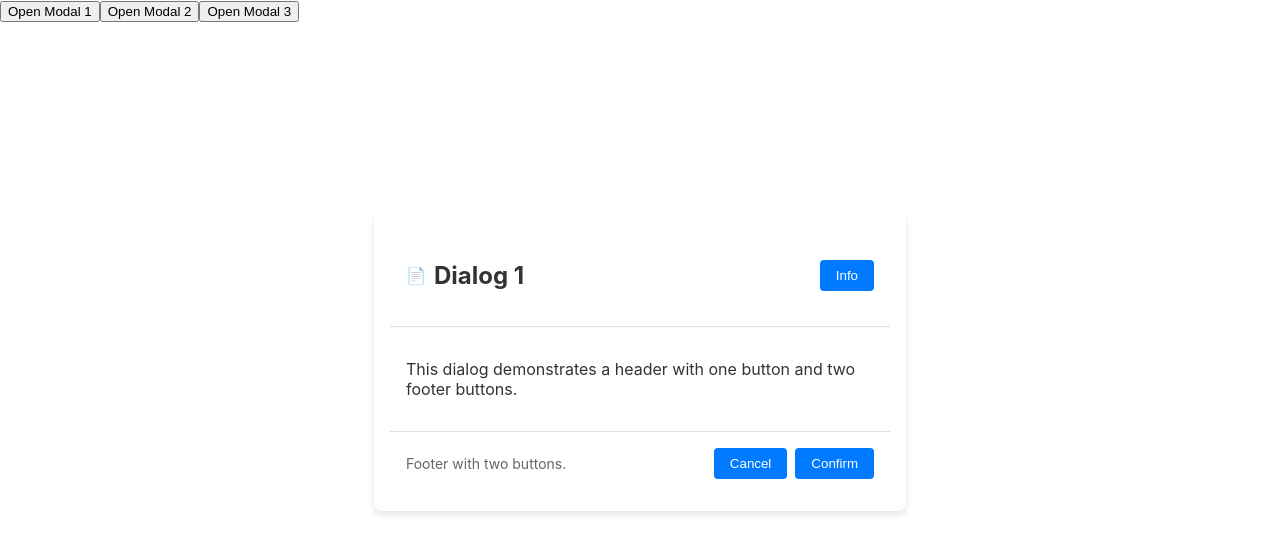
Repository: OliverKostic/dialog-app
Page: /, after clicking the first element matching `button`
The author's editor kept a copy of each file at every save. The page is drawn from the files as they stood at one save, then again after a run of saves.
The browser window is 1280 px wide. The pictures show the whole page.
The project was rebuilt for these pictures with package versions that can differ from the ones it lists, and the page was loaded fresh each time.

Above is the page before, as saved 2024-11-28 12:45:17.

### src/App.tsx
import React, { useState } from "react";
import Modal from "./components/Modal/Modal";
import Button from "./components/Modal/Button";

const App: React.FC = () => {
  const [currentModal, setCurrentModal] = useState<string | null>(null);

  const closeModal = () => setCurrentModal(null);

  return (
    <div>
      <button onClick={() => setCurrentModal("modal1")}>Open Modal 1</button>
      <button onClick={() => setCurrentModal("modal2")}>Open Modal 2</button>
      <button onClick={() => setCurrentModal("modal3")}>Open Modal 3</button>

      {currentModal === "modal1" && (
        <Modal
          title="Dialog 1"
          icon={<span>📄</span>}
          headerButtons={[
            <Button label="Info" onClick={() => alert("Info button.")} />,
          ]}
          footerButtons={[
            <Button label="Cancel" onClick={closeModal} />,
            <Button label="Confirm" onClick={() => alert("Confirmed!")} />,
          ]}
          additionalText="Footer with two buttons."
        >
          <p>
            This dialog demonstrates a header with one button and two footer buttons.
          </p>
        </Modal>
      )}

      {currentModal === "modal2" && (
        <Modal
          title="Dialog 2"
          icon={<span>⚙️</span>}
          headerButtons={[
            <Button label="Settings" onClick={() => alert("Settings.")} />,
            <Button label="Help" onClick={() => alert("Help.")} />,
          ]}
        >
          <p>
            This dialog demonstrates two header buttons and no footer buttons.
          </p>
        </Modal>
      )}

      {currentModal === "modal3" && (
        <Modal
          title="Dialog 3"
          additionalText="This is a footer with one button."
          footerButtons={[<Button label="Close" onClick={closeModal} />]}
        >
          <p>
            This dialog demonstrates no header buttons and a footer with one
            button.
          </p>
        </Modal>
      )}
    </div>
  );
};

export default App;

### src/components/Modal/Modal.tsx
import React from 'react';
import Header from './Header';
import Footer from './Footer';
import Content from './Content';
import styles from './Modal.module.scss';

interface ModalProps {
  title: string;
  icon?: React.ReactNode;
  footerButtons?: React.ReactNode[];
  headerButtons?: React.ReactNode[];
  additionalText?: string;
  children: React.ReactNode;
}

const Modal: React.FC<ModalProps> = ({
  title,
  icon,
  footerButtons,
  headerButtons,
  additionalText,
  children,
}) => {


  return (
    <div className={styles.modal}>
      <Header title={title} icon={icon} buttons={headerButtons} />
      <Content>{children}</Content>
      <Footer buttons={footerButtons} additionalText={additionalText} />
    </div>
  );
};

export default Modal;

### src/components/Modal/Button.tsx
import React from 'react';
import styles from './Modal.module.scss';

interface ButtonProps {
  label: string;
  onClick: () => void;
}

const Button: React.FC<ButtonProps> = ({ label, onClick }) => {
  return (
    <button className={styles.button} onClick={onClick}>
      {label}
    </button>
  );
};

export default Button;

### src/components/Modal/Header.tsx
import React from 'react';
import Text from './Text';
import ButtonGroup from './ButtonGroup';
import styles from './Modal.module.scss';

interface HeaderProps {
  title: string;
  icon?: React.ReactNode;
  buttons?: React.ReactNode[];
}

const Header: React.FC<HeaderProps> = ({ title, icon, buttons }) => {
  return (
    <div className={styles.header}>
      {icon && <div className={styles.icon}>{icon}</div>}
      <Text title={title} />
      {buttons && <ButtonGroup buttons={buttons} />}
    </div>
  );
};

export default Header;

### src/components/Modal/Footer.tsx
import React from 'react';
import ButtonGroup from './ButtonGroup';
import styles from './Modal.module.scss';

interface FooterProps {
  buttons?: React.ReactNode[];
  additionalText?: string;
}

const Footer: React.FC<FooterProps> = ({ buttons, additionalText }) => {
  return (
    <div className={styles.footer}>
      {additionalText && <div className={styles.additionalText}>{additionalText}</div>}
      {buttons && <ButtonGroup buttons={buttons} />}
    </div>
  );
};

export default Footer;

### src/components/Modal/Content.tsx
import React from 'react';
import styles from './Modal.module.scss';

interface ContentProps {
  children: React.ReactNode;
}

const Content: React.FC<ContentProps> = ({ children }) => {
  return <div className={styles.content}>{children}</div>;
};

export default Content;

### src/components/Modal/Modal.module.scss
$modal-bg: #ffffff;
$modal-shadow: 0 4px 6px rgba(0, 0, 0, 0.1);
$primary-color: #007bff;
$text-color: #333;

.modal {
  position: fixed;
  top: 50%;
  left: 50%;
  transform: translate(-50%, -50%);
  width: 500px;
  background-color: #ffffff;
  border-radius: 8px;
  box-shadow: 0 4px 6px rgba(0, 0, 0, 0.1);
  z-index: 1000;
  padding: 16px;
  display: flex;
  flex-direction: column;
}

.header {
  padding: 16px;
  display: flex;
  align-items: center;
  justify-content: space-between;
  border-bottom: 1px solid #ddd;

  .icon {
    margin-right: 8px;
  }

  h2 {
    flex-grow: 1;
    color: $text-color;
  }

  .buttons {
    display: flex;
    gap: 8px;
  }
}

.content {
  padding: 16px;
  color: $text-color;
}

.footer {
  display: flex;
  justify-content: space-between;
  align-items: center;
  padding: 16px;
  border-top: 1px solid #ddd;

  .additionalText {
    font-size: 14px;
    color: #666;
    margin-right: 16px;
  }

  .buttons {
    display: flex;
    gap: 8px;
  }
}

.button {
  padding: 8px 16px;
  background-color: $primary-color;
  color: #fff;
  border: none;
  border-radius: 4px;
  cursor: pointer;
  transition: background-color 0.3s;

  &:hover {
    background-color: darken($primary-color, 10%);
  }
}

.buttonGroup {
  display: flex;
  gap: 8px;
  align-items: center;
}

### src/components/Modal/Text.tsx
import React from 'react';
import styles from './Modal.module.scss';

interface TextProps {
  title: string;
}

const Text: React.FC<TextProps> = ({ title }) => {
  return <h2 className={styles.text}>{title}</h2>;
};

export default Text;

### src/components/Modal/ButtonGroup.tsx
import React from 'react';
import styles from './Modal.module.scss';

interface ButtonGroupProps {
  buttons: React.ReactNode[];
}

const ButtonGroup: React.FC<ButtonGroupProps> = ({ buttons }) => {
  return <div className={styles.buttonGroup}>{buttons}</div>;
};

export default ButtonGroup;

Loaded but not shown: public/index.html (common file); src/index.tsx (common file); src/index.css (common file); src/reportWebVitals.ts (common file)

After the next 3 saves:
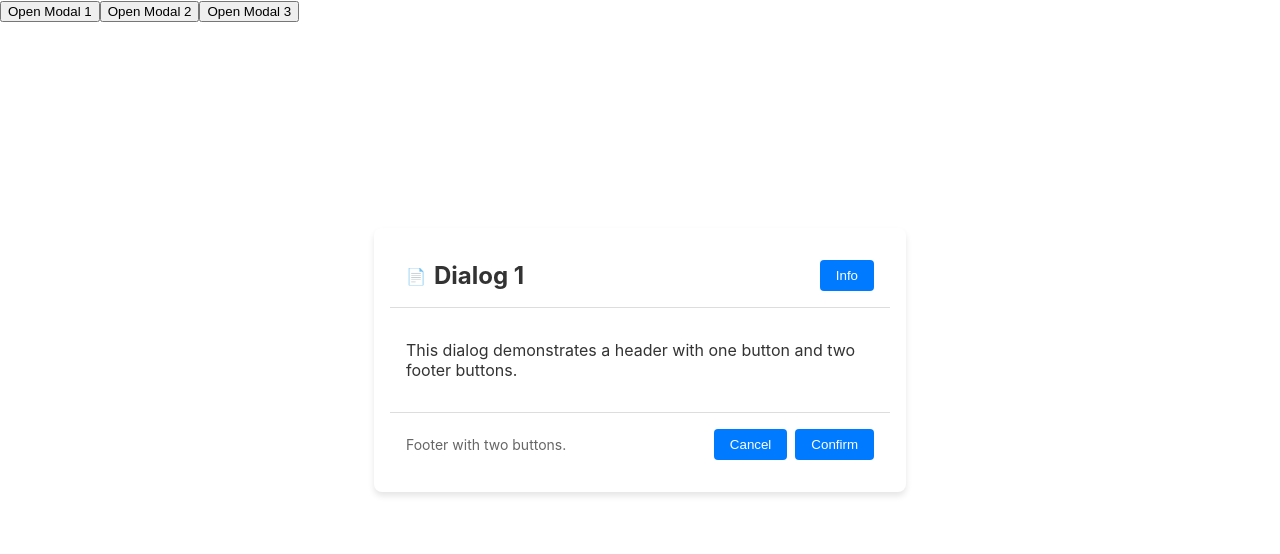
The 3 saves are shown as one change because they came seconds apart.
The last was saved 34 s later.
--- a/src/components/Modal/Modal.module.scss
+++ b/src/components/Modal/Modal.module.scss
@@ -37,6 +37,13 @@ $text-color: #333;
   .buttons {
     display: flex;
     gap: 8px;
+  }
+
+  .text {
+    font-size: 1.5rem;
+    font-weight: bold;
+    color: #333;
+    margin: 0;
   }
 }
 
